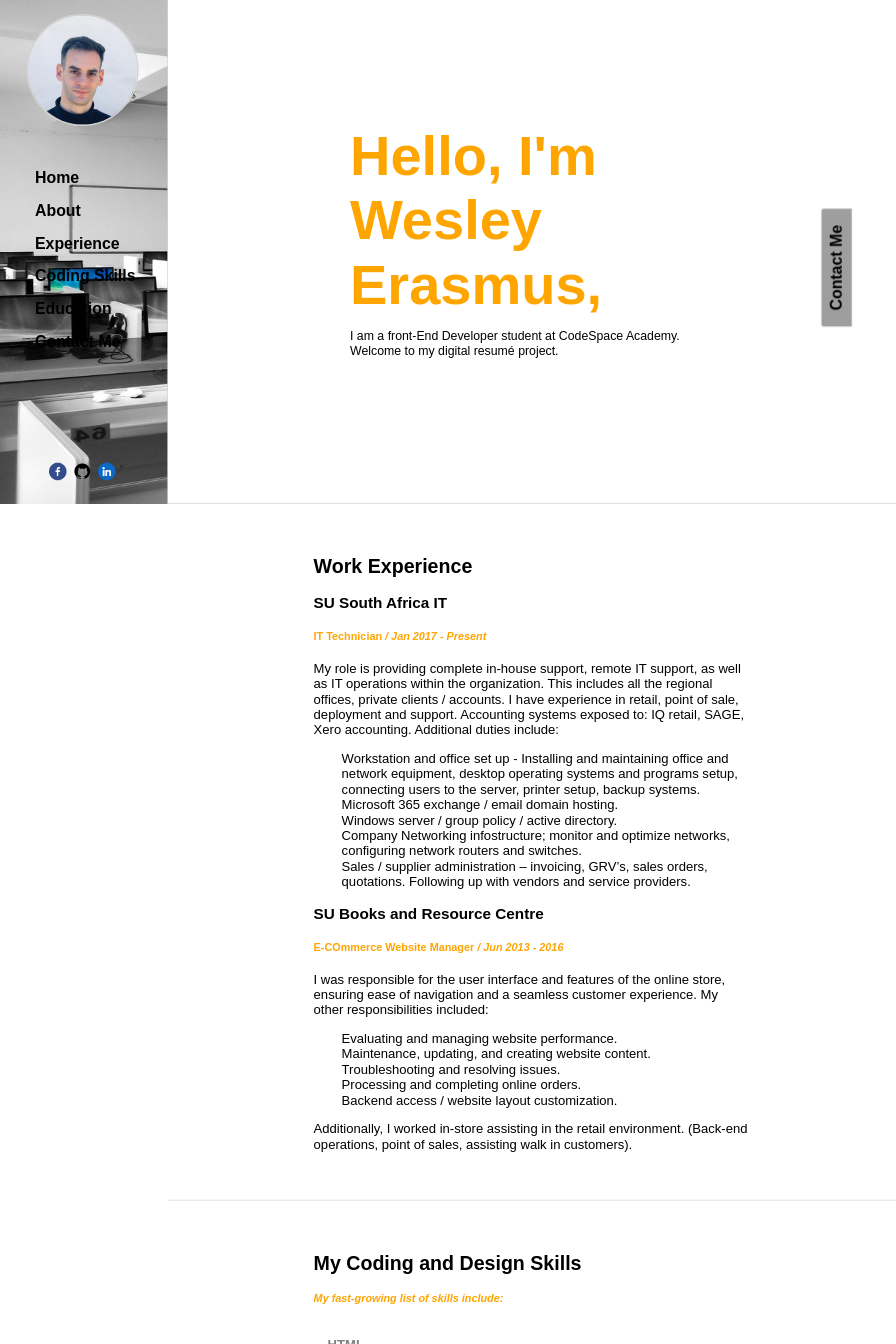
Repository: WesleyErasmus/MyDigitalResume-5
Page: index.html
The author's editor kept a copy of each file at every save. The page is drawn from the files as they stood at one save, then again after the next save.
The browser window is 1280 px wide. The pictures show the part of the page from y = 0 to 1920 px (the page is 4069 px tall), at 70% of full size.
Pictures or frames that could not be fetched are drawn as grey boxes.

Above is the page before, as saved 2022-03-06 20:24:46.

### index.html
<!DOCTYPE html>
<html lang="en">

<head>
    <meta charset="UTF-8">
    <meta http-equiv="X-UA-Compatible" content="IE=edge">
    <meta name="viewport" content="width=device-width, initial-scale=1.0">
    <title>Wesley Erasmus Digital Resumé 6</title>
    <link rel="stylesheet" href="stylesheet.css">
</head>

<body>
    <header>
        <button id="contact-me-btn"><a href="#contact"><strong>Contact Me</strong></a></button>
    </header>
    <nav>
        <div class="header-nav">
            <img id="headshot" src="images/headshot.jpeg" alt="headshot">
            <ul class="nav-btns">
                <li><a href="#hello"><strong>Home</strong></a></li>
                <li><a href="#about"><strong>About</strong></a></li>
                <li><a href="#experience"><strong>Experience</strong></a></li>
                <li><a href="#coding"><strong>Coding Skills</strong></a></li>
                <li><a href="#education"><strong>Education</strong></a></li>
                <li><a href="#contact"><strong>Contact Me</strong></a></li>
            </ul>
            <ul class="social-media-links">
                <li><a href="https://www.facebook.com/wesley.erasmus.37" target="_blank"><img src="icons/facebook.png" alt="Facebook" width="25px" height="25px"></a></li>
                <li><a href="https://github.com/WesleyErasmus" target="_blank"><img src="icons/github (1).png"
                            alt="GitHub" width="25px" height="25px"></a></li>
                <li><a href="https://linkedin.com/in/wesley-erasmus-75a72a1ba" target="_blank"><img src="icons/linkedin.png"
                            alt="LinkedIn" width="25px" height="25px"></a></li>
            </ul>
        </div>
    </nav>
    <main>
        <article class="about-me">
            <h1 id="hello">Hello, I'm Wesley Erasmus,</h1>
            <p>I am a front-End Developer student at CodeSpace Academy. Welcome to my digital resumé project.</p>
        </article>
        <article class="job-experience">
            <h1 id="experience">Work Experience</h1>
            <h3>SU South Africa IT</h3>
            <h5>IT Technician <em>/ Jan 2017 - Present</em></h5>
            <p>My role is providing complete in-house support, remote IT support, as well as IT operations within the
                organization. This includes all the regional offices, private clients / accounts. I have experience in
                retail, point of sale, deployment and support. Accounting systems exposed to: IQ retail, SAGE, Xero
                accounting. Additional duties include:</p>
            <ul>
                <li>Workstation and office set up - Installing and maintaining office and network equipment, desktop
                    operating systems and programs setup, connecting users to the server, printer setup, backup systems.
                </li>
                <li>Microsoft 365 exchange / email domain hosting.</li>
                <li>Windows server / group policy / active directory.</li>
                <li>Company Networking infostructure; monitor and optimize networks, configuring network routers and
                    switches.</li>
                <li>Sales / supplier administration – invoicing, GRV’s, sales orders, quotations. Following up with
                    vendors and service providers.</li>
            </ul>
            <h3>SU Books and Resource Centre</h3>
            <h5>E-COmmerce Website Manager <em>/ Jun 2013 - 2016</em></h5>
            <p>I was responsible for the user interface and features of the online store, ensuring ease of navigation
                and a seamless customer experience. My other responsibilities included:</p>
            <ul>
                <li>Evaluating and managing website performance.</li>
                <li>Maintenance, updating, and creating website content.</li>
                <li>Troubleshooting and resolving issues.</li>
                <li>Processing and completing online orders.</li>
                <li>Backend access / website layout customization.</li>
            </ul>
            <p> Additionally, I worked in-store assisting in the retail environment. (Back-end operations, point of
                sales, assisting walk in customers).</p>
        </article>
        <article class="coding-and-design-skills">
            <h1 id="coding">My Coding and Design Skills</h1>
            <h5><em>My fast-growing list of skills include:</em></h5>
            <div class="my-skills">
                <div>HTML</div>
                <div>CSS</div>
                <div>Bootstrap</div>
                <div>Typography</div>
                <div>GitHub / Git / Version Control</div>
                <div>Wireframing</div>
                <div>UX design & UI design</div>
                <div>Figma / Adobe XD</div>
            </div>
        </article>
        <article class="education">
            <h1 id="education">Education</h1>
            <h3>CodeSpace Academy</h3>
            <p>Studied Web Design</p>
            <h3>UNISA</h3>
            <p>Studied Marketing Management</p>
        </article>
        <article class="more-about-me">
            <h1 id="about">More about me</h1>
            <p>
                I am a front-End Developer student at CodeSpace Academy. I have completed their Web Design course, and I
                am currently enrolled in a Front-End Development course. </p>

            <p>My first full time job after my Marketing Management course was working as an ecommerce website manager /
                shop assistant. Delivering a great customer experience was my driving force when I took on that role. I
                was in the position where I needed to deliver a good customer experience both in-store, and on the
                ecommerce website. This is where my love for a good customer experience caught fire.</p>

            <p>I was offered a full-time job in the company’s IT department, which I accepted. I started my new role as
                an IT technician where I have been working for 5 years, offering a wide range of IT services, both
                internally and to external clients.</p>

            <p>In 2021, after much research, I decided to study Web Design at CodeSpace Academy. I immediately knew that
                I had found my “career calling”. Anyone in the tech industry will know the unyielding urge to solve
                complex problems and to tackle new challenges. Coding is the ever-growing complex world of computer
                languages and design that I have been waiting to discover. I go to bed thinking of how I can improve on
                my current projects, and I wake up ready to learn something new.</p>

            <p>I am a teacher at heart and have enjoyed the opportunity to share what I learn with my fellow students. I
                use the class Slack channel to share any new insights that I’ve learned and have also had one-on-one
                Zoom sessions to assist other students when they are stuck.</p>

            <p class="green-text">I believe that one of the best ways to learn is to teach others - it gives me great
                satisfaction to make one more “happy customer”.</p>
            </p>
            <h3>Some of My interests:</h3>
            <ul class="interests">
                <li>I love being outdoors, hiking and swimming in the ocean</li>
                <li>Health and fitness</li>
                <li>I enjoy eating out and trying new restaurants</li>
                <li>Going for long drives in the evening</li>
            </ul>
        </article>
    </main>
    <footer>
        <h1 id="contact">contact me</h1>
        <div class="contact">
            <ul>
                <li>
                    <a href="mailto:wesley.erasmus119@ygmail.com?subject=Wesley Digital Resumé Response"><img
                            src="icons/email.png" alt="email" width="45px" height="auto" /></a>
                </li>
                <li>
                    <a href="https://wa.me/+27837056273" target="_blank"><img src="icons/whatsapp.png" alt="WhatsApp"
                            width="45px" height="auto" /></a>
                </li>
                <li>
                    <a href="https://slack.com/workspace-signin" target="_blank">
                        <img src="icons/slack.png" alt="slack" width="45px" height="auto" /></a>
                </li>
                <li>
                    <a href="https://www.linkedin.com/in/wesley-erasmus-75a72a1ba/" target="_blank">
                        <img src="icons/in.png" alt="linkedin" width="45px" height="auto" /></a>
                </li>
            </ul>
        </div>
    </footer>
</body>
</html>

### stylesheet.css
* {
  box-sizing: border-box;
  list-style-type: none;
  font-family: Arial, Helvetica, sans-serif;
}
body {
  margin: 0 0 0 240px;
  padding: 0;
}
header {
  text-align: center;
}
#headshot {
  width: 160px;
  border-radius: 50%;
  border: 2px solid lightgrey;
  display: block;
  margin: 0 auto;
  margin-top: 20px;
  margin-bottom: 50px;
  padding: 0;
  margin-left: 38px;
}
button#contact-me-btn {
  position: fixed;
  float: right;
  right: 0;
  top: 50%;
  transform: rotateZ(270deg);
  z-index: 1;
  color: #fff;
  width: 170px;
  height: 45px;
  font-size: 17pt;
  border-radius: 5px 5px 0 0;
  border: 0.1px solid lightgrey;
  background-image: url(/images/atricle-bg.jpg);
  background-position: center;
  background-repeat: no-repeat;
}
nav {
  /* background-image: url(/images/atricle-bg.jpg); */
  background-image: url(/images/networking.jpg);
  background-repeat: no-repeat;
  background-size: cover;
  float: left;
  position: fixed;
  left: 0;
  overflow-y: auto;
  overflow-x: hidden;
  height: 100vh;
  min-height: 100vh;
  top: 0;
  width: 240px;
  z-index: 1;
  padding-left: 0;
  border-right: 0.1px solid lightgray;
}
ul.nav-btns {
  font-size: 17pt;
}
ul.social-media-links {
  display: flex;
  position: absolute;
  bottom: 0;
  margin: 0 auto;
  left: 25%;
  padding: 5px;
  padding-bottom: 25px;
}
.social-media-links li {
  margin: 5px;
}
.nav-btns li {
  color: #000;
  padding: 10px;
}
a:link {
  text-decoration: none;
}
a:visited {
  text-decoration: none;
  color: #000;
}
a:hover {
  text-decoration: underline #FFA500 0.1px;
}
a:active {
  text-decoration: underline;
}
a {
  color: #000;
}
main {
  position: relative;
  display: block;
  width: 100%;
}
#hello {
  font-size: 5rem;
  margin: 0;
  color: orange;
}
article.about-me {
  /* background-image: url(/images/web-design-1.jpg);
  background-position: center;
  background-repeat: no-repeat;
  background-size: cover; */
  height: 100vh;
  font-size: 1.1rem;
  padding: 17% 25%;
  border-bottom: 0.1px solid lightgrey;
}
article.job-experience {
  font-size: 14pt;
  padding: 50px 20% 50px 20%;
  border-bottom: 0.1px solid lightgrey;
}
article.coding-and-design-skills {
  font-size: 14pt;
  padding: 50px 20% 50px 20%;
  height: 100vh;
  border-bottom: 0.1px solid lightgrey;
}
.my-skills > div {
  display: flex;
  flex-direction: column;
  justify-content: space-between;
  font-weight: 700;
  padding: 20px;
  color: grey;
}
article.education {
  font-size: 14pt;
  overflow-x: hidden;
  padding: 50px 20% 50px 20%;
  border-bottom: 0.1px solid lightgrey;
}
article.more-about-me {
  padding: 50px 20% 50px 20%;
  font-size: 14pt;
  border-bottom: 0.1px solid lightgrey;
}
p.green-text {
  color: #FFA500;
}
footer {
  text-align: center;
  padding: 50px 20% 50px 20%;
  font-size: 14pt;
}
.contact ul {
  display: flex;
  justify-content: center;
  list-style-type: none;
  padding: 0px;
  margin-bottom: 0;
}
.contact li {
  padding: 5px;
}
.education h3, h5 {
  color: #FFA500;
}

After the next save:
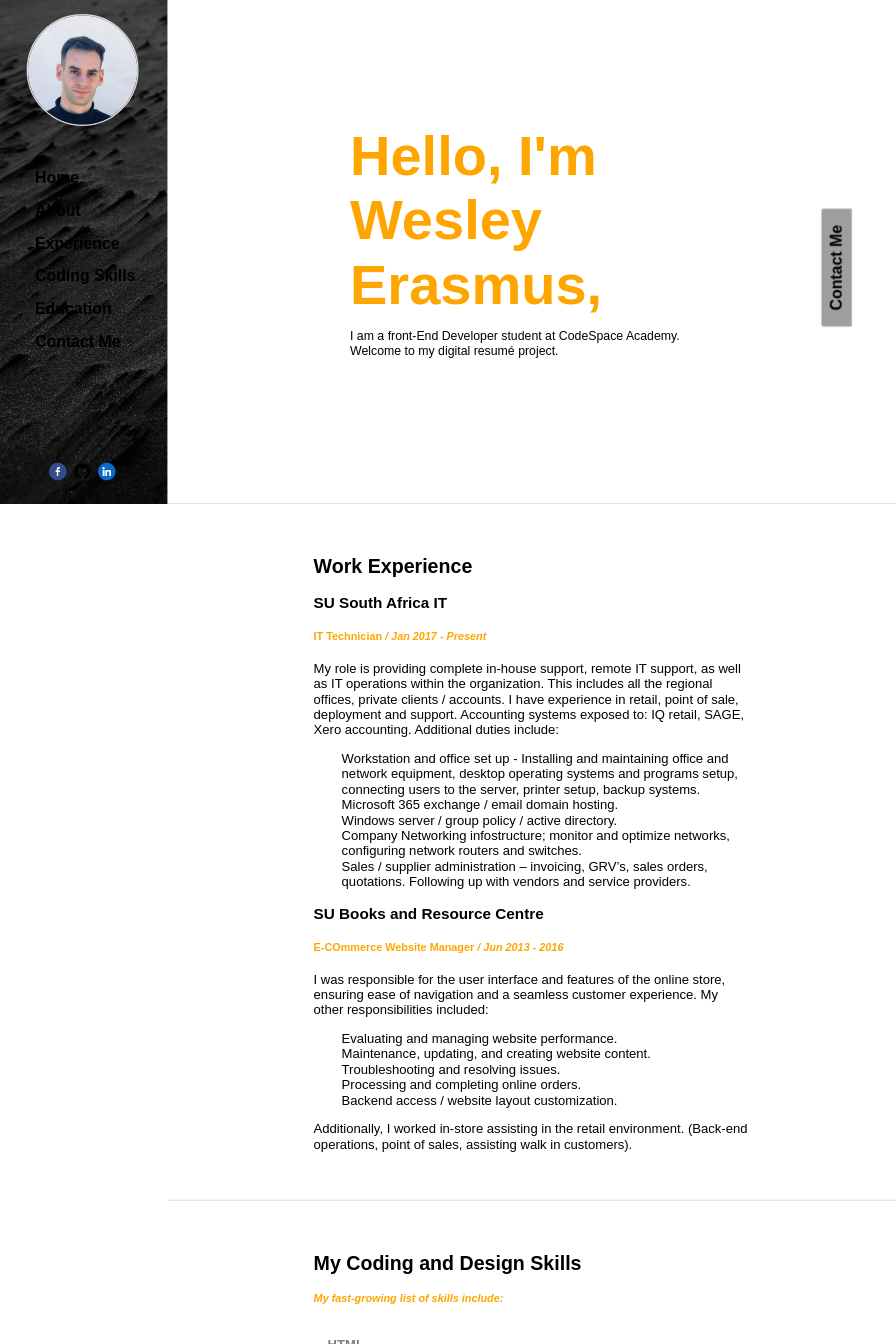
Saved 16 s later.
--- a/stylesheet.css
+++ b/stylesheet.css
@@ -40,7 +40,7 @@ button#contact-me-btn {
 }
 nav {
   /* background-image: url(/images/atricle-bg.jpg); */
-  background-image: url(/images/networking.jpg);
+  background-image: url(/images/pexels-adrien-olichon-2387819.jpg);
   background-repeat: no-repeat;
   background-size: cover;
   float: left;
